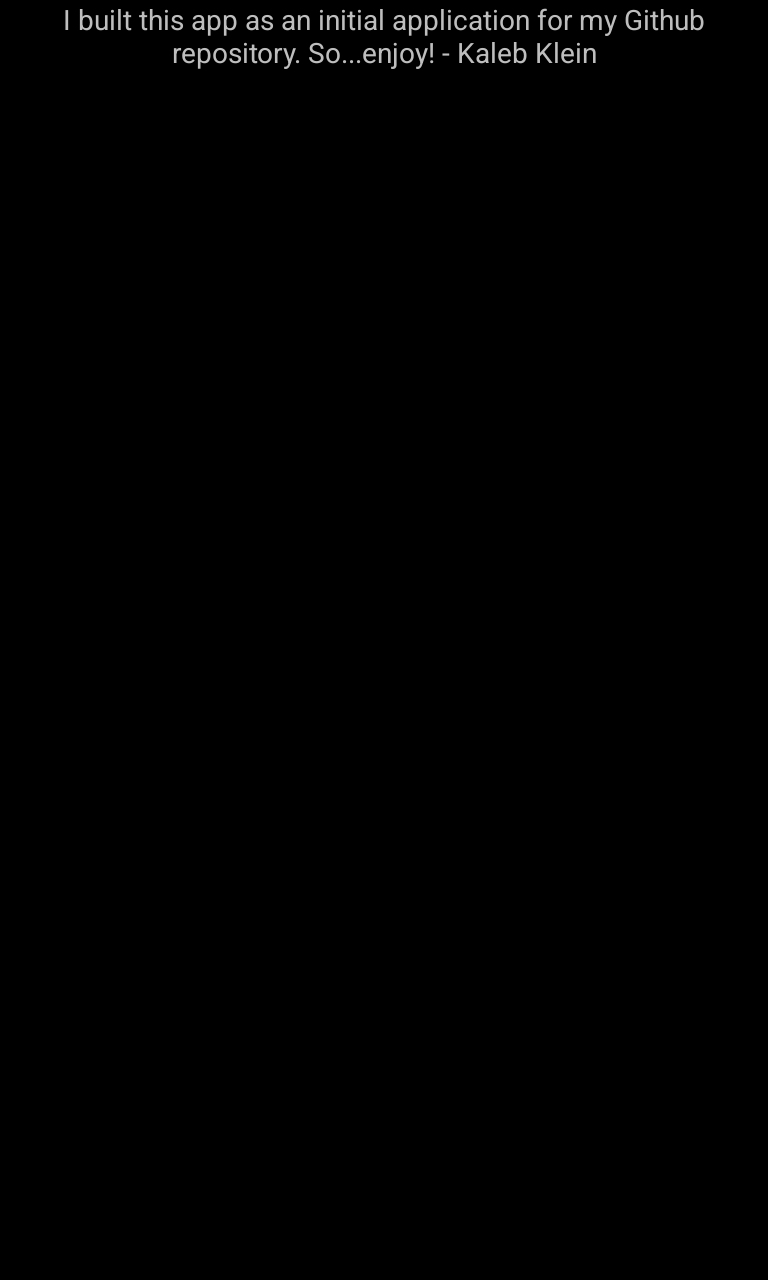
Repository: pazuzu156/KKAndroid
Layout: InitialRepoApp/res/layout/about.xml
An editor plug-in stored every save of this project. The layout is shown before and after a run of saves, followed by the edit.
It is drawn on a 768 x 1280 px phone screen (xhdpi) without system bars, with theme android:Theme; the app's code is not run.

Above is the layout before, as saved 2012-06-17 06:02:11.

After the next 2 saves:
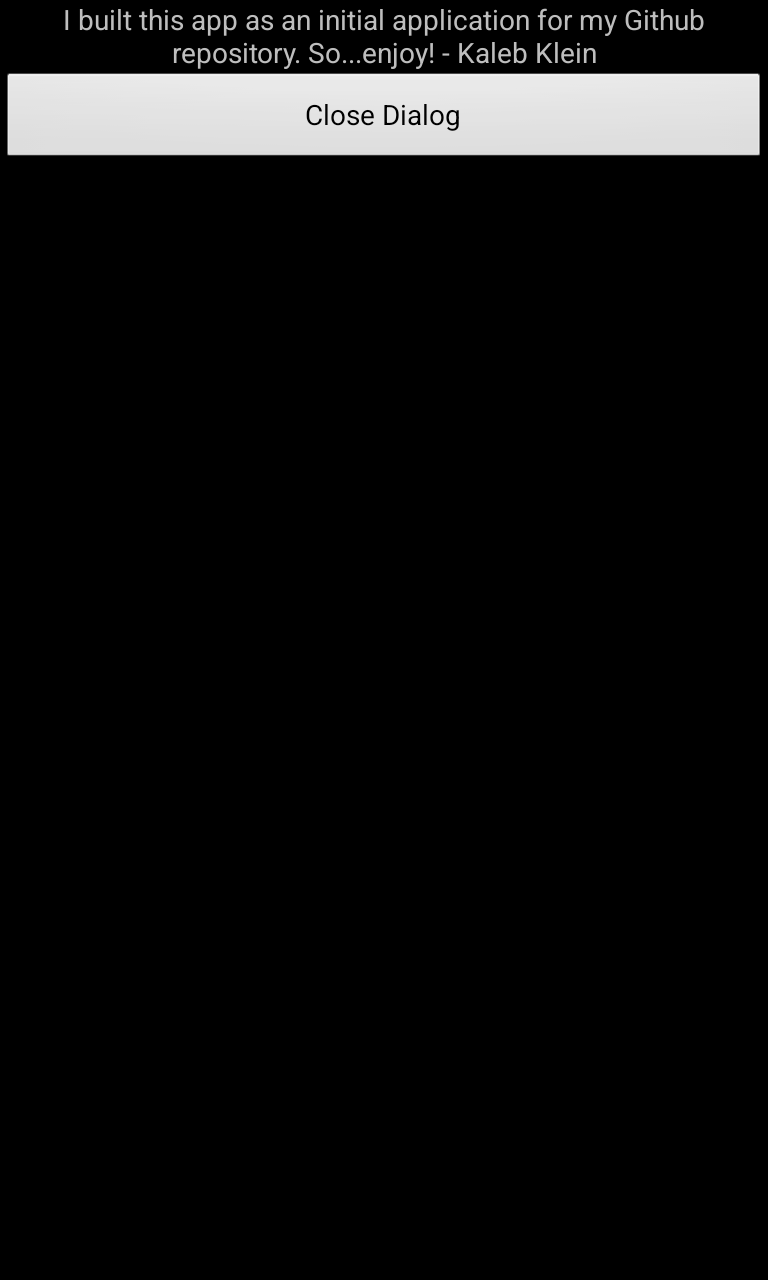
The 2 saves are shown as one change because 1 did not build or start.
The last was saved 61 s later.
--- a/InitialRepoApp/res/layout/about.xml
+++ b/InitialRepoApp/res/layout/about.xml
@@ -12,4 +12,10 @@
 - Kaleb Klein"
         android:gravity="center_horizontal" />
 
+    <Button
+        android:id="@+id/abClose"
+        android:layout_width="fill_parent"
+        android:layout_height="wrap_content"
+        android:text="Close Dialog" />
+
 </LinearLayout>
